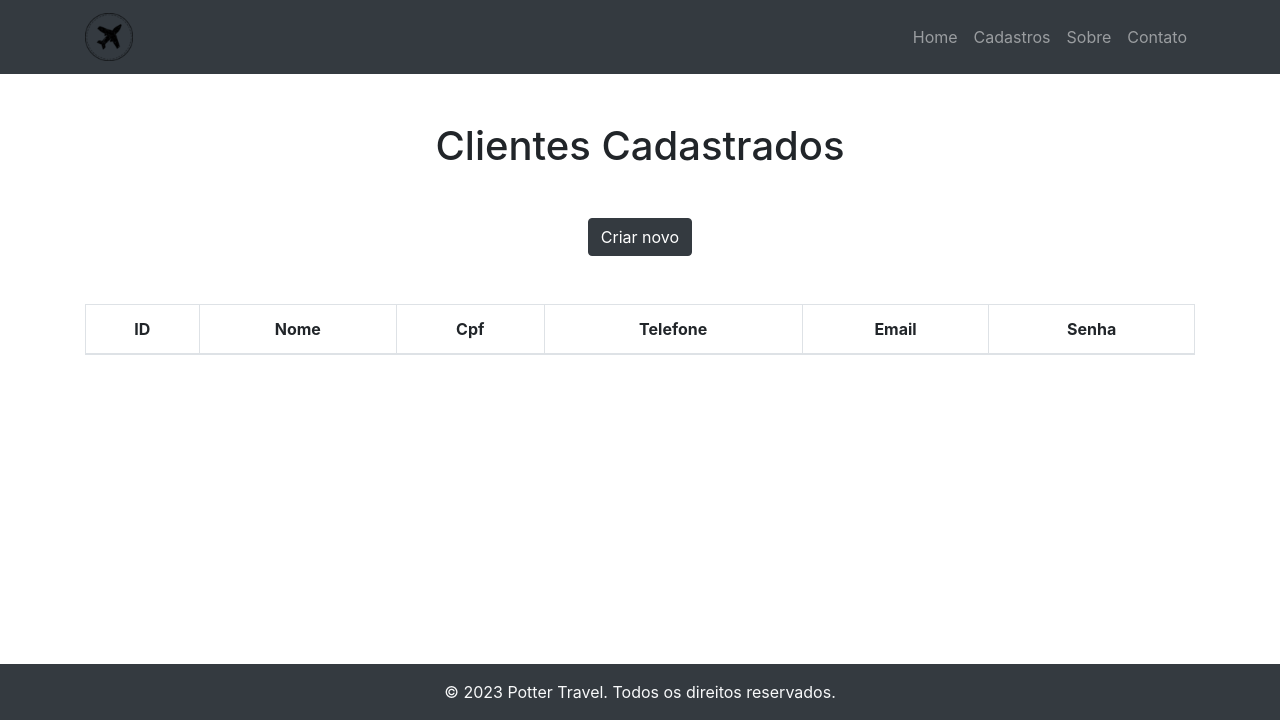
Repository: marcelledssantos/PotterTravel-MVC
Page: http://localhost/PotterTravel-MVC/ReadController
These files come from the project's save history. The page is drawn as it stood at one moment and after the next save; the edit follows.
The browser window is 1280 px wide. The pictures show the whole page.
Some web libraries are served in a nearby version. The page is served by Tomcat 9. Queries for data that is not in the repository find no rows.

Above is the page before, as saved 2023-11-02 17:57:20.

After the next save:
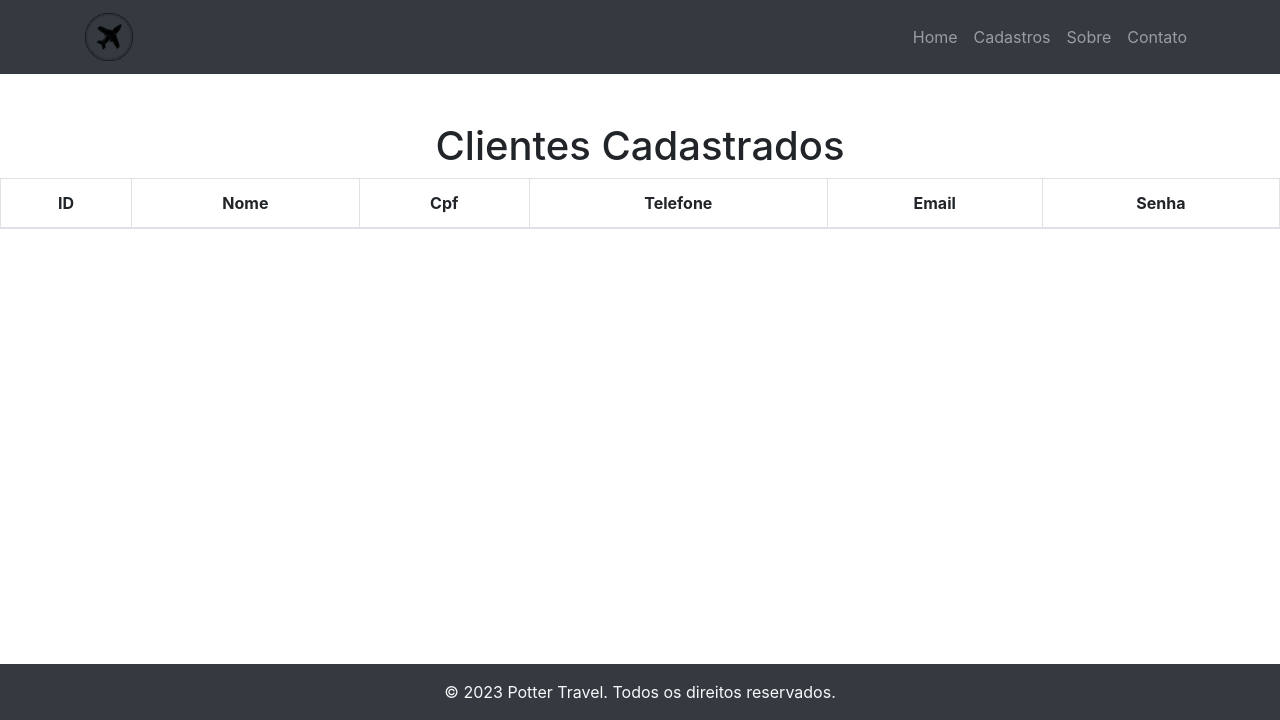
Saved 17 s later.
--- a/PotterTravel-MVC/src/main/webapp/clientes.jsp
+++ b/PotterTravel-MVC/src/main/webapp/clientes.jsp
@@ -42,8 +42,6 @@
         </nav>
     </header>
 	<h1 class="mt-5">Clientes Cadastrados</h1>
-	<div class="container mt-5">
-	<a href="./cadastro.jsp" class="btn btn-dark mb-5">Criar novo</a>
 		<table class="table table-bordered">
 			<thead>
 				<tr>
